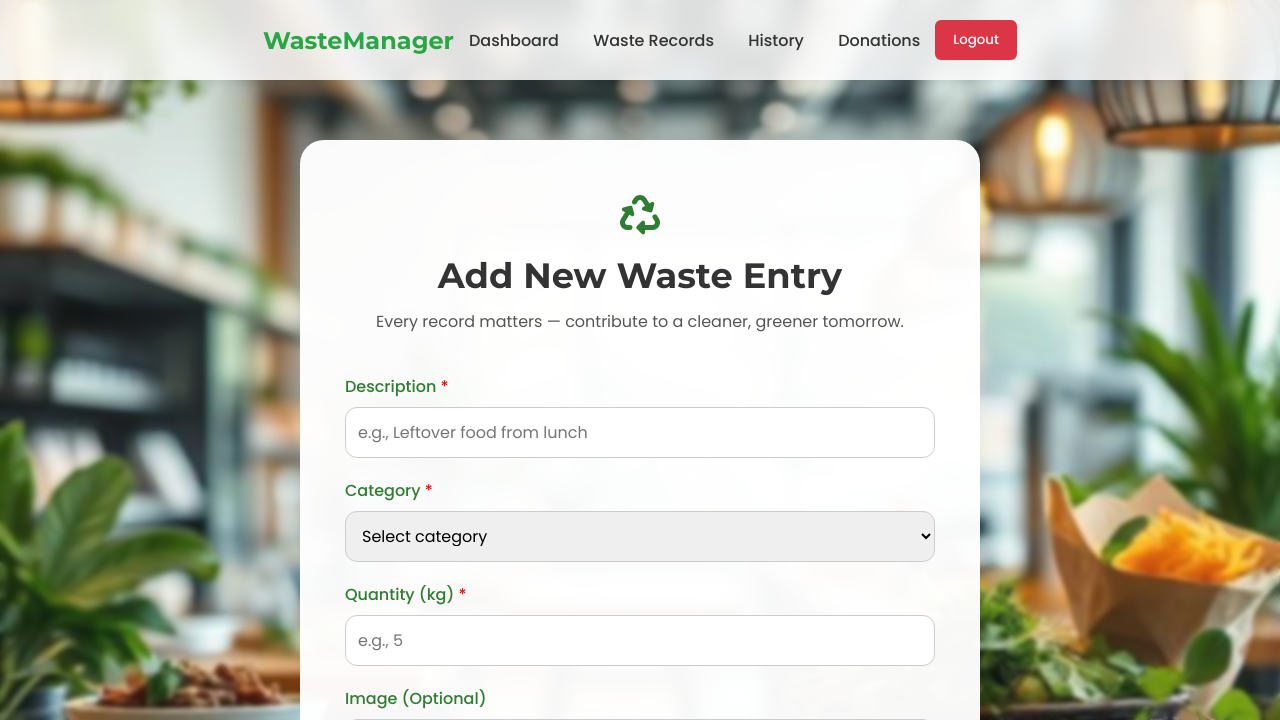
Repository: mahekagrawal25/restaurant-waste-management
Page: frontend/addwaste.html
These files come from the project's save history. The page is drawn as it stood at one moment and after the next save; the edit follows.
The browser window is 1280 px wide. The pictures show the whole page.
An inner scrolling area shows only its first screen.

Above is the page before, as saved 2025-04-25 22:11:15.

After the next save:
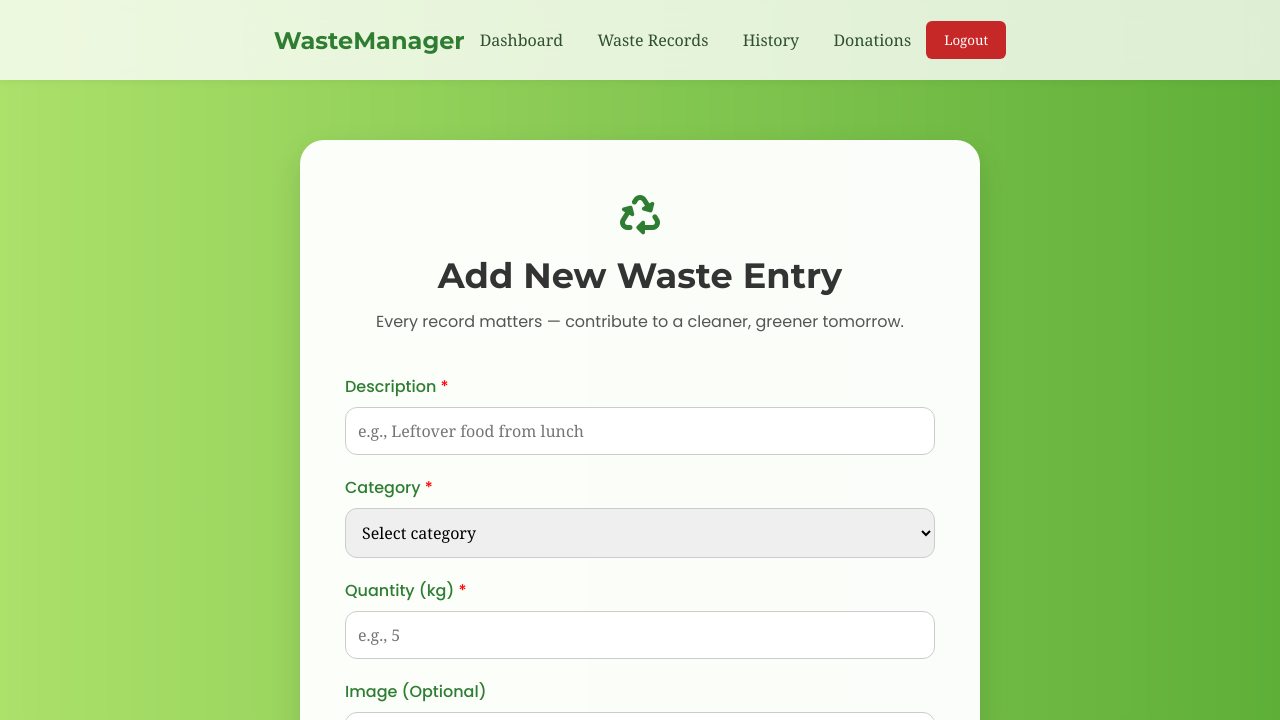
Saved 102 s later.
--- a/frontend/addwaste.html
+++ b/frontend/addwaste.html
@@ -21,8 +21,8 @@
         padding: 0;
         height: 100%;
         overflow: hidden;
-        font-family: "Poppins", sans-serif;
-        background: url("./images/restro10.jpeg") no-repeat center center fixed;
+        font-family: "Cambria", Georgia, serif;
+        background: linear-gradient(to right, #a8e063, #56ab2f);
         background-size: cover;
       }
 
@@ -75,6 +75,7 @@
         border-radius: 8px;
         border: 1px solid #ccc;
         box-sizing: border-box;
+        font-family: "Cambria", Georgia, serif;
       }
 
       label span {
@@ -84,7 +85,7 @@
       .btn-submit {
         width: 100%;
         padding: 14px 20px;
-        background-color: #28a745;
+        background: linear-gradient(to right, #56ab2f, #a8e063);
         color: white;
         font-weight: 600;
         font-size: 1rem;
@@ -95,7 +96,7 @@
       }
 
       .btn-submit:hover {
-        background-color: #218838;
+        background: linear-gradient(to right, #3f8a20, #7bbd3b);
       }
 
       .footer {
@@ -122,7 +123,7 @@
         align-items: center;
         justify-content: space-between;
         padding: 0 40px;
-        background: #ffffffd9;
+        background: #ffffffcc;
         box-shadow: 0 2px 8px rgba(0, 0, 0, 0.05);
       }
 
@@ -130,28 +131,30 @@
         margin: 0 15px;
         text-decoration: none;
         font-weight: 500;
-        color: #333;
+        color: #2f4f2f;
+        font-family: "Cambria", Georgia, serif;
       }
 
       .nav-container .logo {
         font-family: "Montserrat", sans-serif;
         font-weight: 700;
         font-size: 1.5rem;
-        color: #28a745;
+        color: #2e7d32;
       }
 
       .btn-logout {
-        background: #dc3545;
+        background: #c62828;
         color: white;
         border: none;
         border-radius: 6px;
         padding: 10px 18px;
         cursor: pointer;
         font-weight: 500;
+        font-family: "Cambria", Georgia, serif;
       }
 
       .btn-logout:hover {
-        background: #c82333;
+        background: #a4161a;
       }
     </style>
   </head>
@@ -181,7 +184,6 @@
         </div>
 
         <form id="addWasteForm" class="waste-form">
-          <!-- Optional: user_id can be filled dynamically by backend or JS -->
           <input type="hidden" id="user_id" name="user_id" />
 
           <div class="form-group">
@@ -241,14 +243,12 @@
       <p>&copy; 2025 WasteManager | All rights reserved</p>
     </footer>
 
-    <!-- Optional: Add script for logout and form handling -->
     <script>
       document.getElementById("logoutBtn").addEventListener("click", () => {
-        localStorage.removeItem("token"); // or sessionStorage depending on usage
+        localStorage.removeItem("token");
         window.location.href = "login.html";
       });
 
-      // Example submit handler
       document.getElementById("addWasteForm").addEventListener("submit", async (e) => {
         e.preventDefault();
         const form = e.target;
